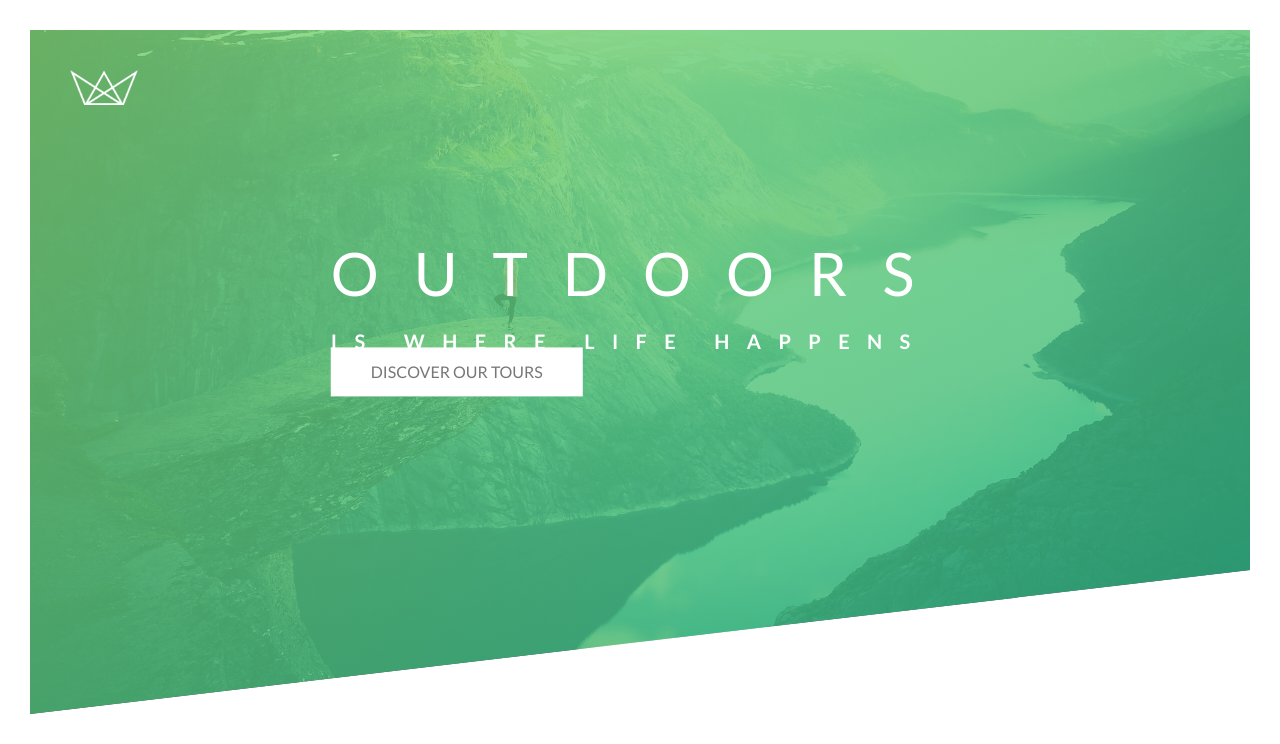
Repository: MalgorzataMazur/Natours
Page: index.html
These files come from the project's save history. The page is drawn as it stood at one moment and after the next save; the edit follows.
The browser window is 1280 px wide. The pictures show the whole page.

Above is the page before, as saved 2020-01-13 00:05:26.

After the next save:
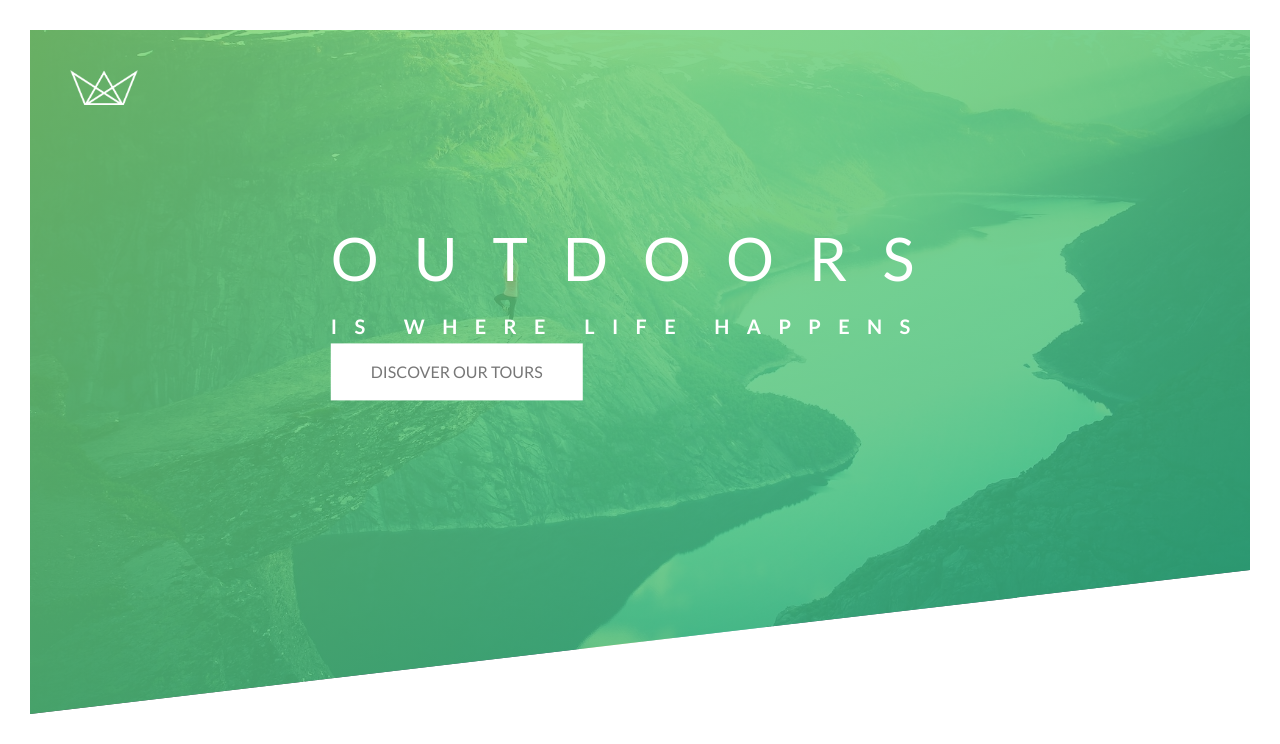
Saved 110 s later.
--- a/css/style.css
+++ b/css/style.css
@@ -125,6 +125,7 @@ body {
     text-transform: uppercase;
     text-decoration: none;
     padding: 15px 40px;
+    display: inline-block;
 }
 
 .btn-white {
